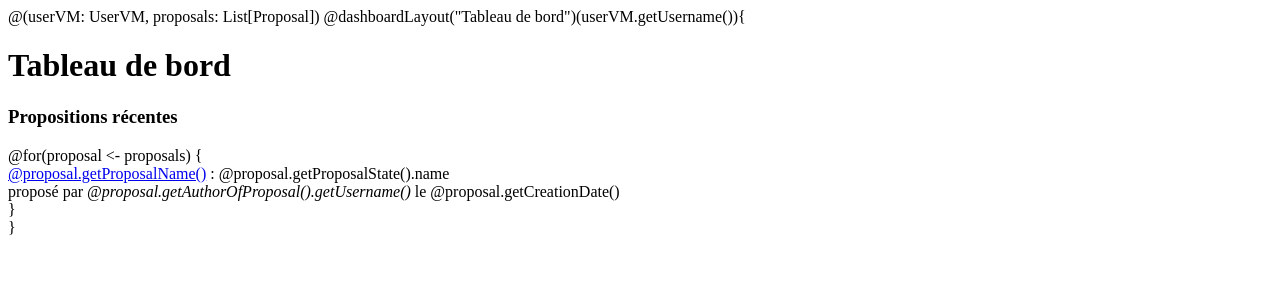
Repository: spirale-software/labo_master
Page: Application/oneDotCom/app/views/dashboard.scala.html
The author's editor kept a copy of each file at every save. The page is drawn from the files as they stood at one save, then again after the next save.
The browser window is 1280 px wide. The pictures show the whole page.

Above is the page before, as saved 2017-04-16 22:38:32.

After the next save:
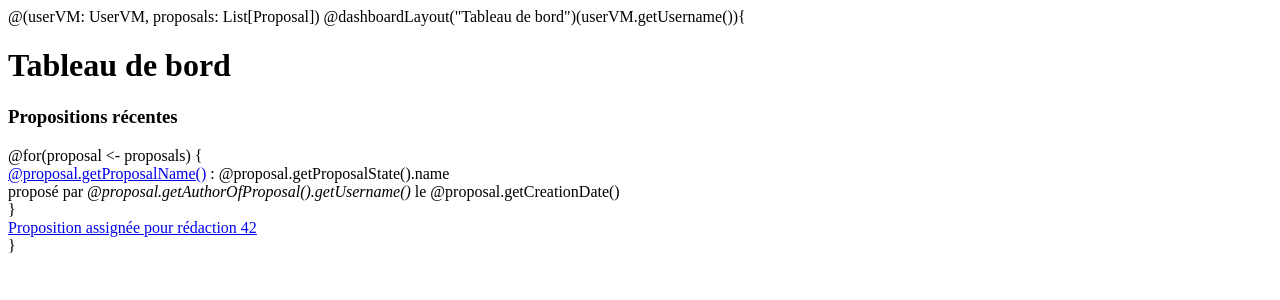
Saved 39 h 32 min later.
--- a/Application/oneDotCom/app/views/dashboard.scala.html
+++ b/Application/oneDotCom/app/views/dashboard.scala.html
@@ -28,8 +28,8 @@
 
                 </div>
 
-                <div class="col-lg-6 col-md-6">
-
+                <div class="col-lg-4 col-md-4">
+					<a href="#">Proposition assignée pour rédaction <span class="badge">42</span></a>
 
                 </div>
 
